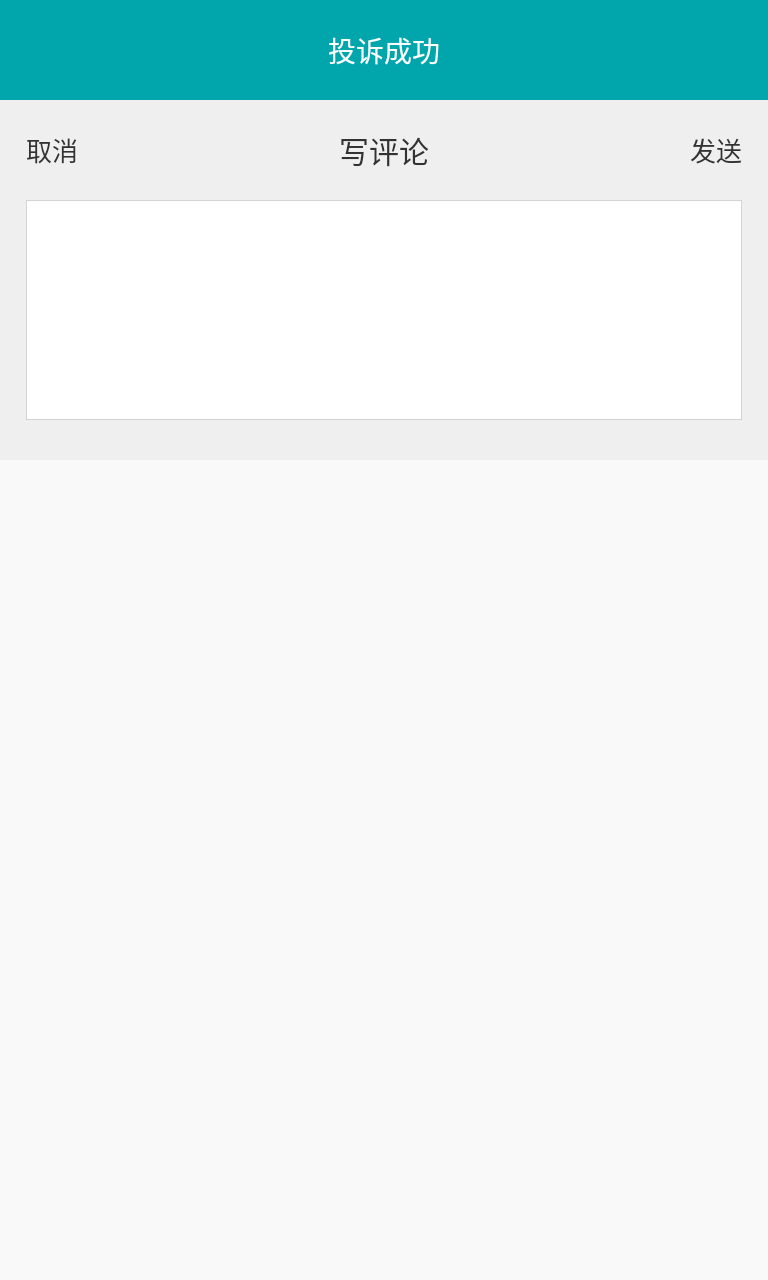
Repository: 2015-Forever/JWD
Layout: Jwd/res/layout/activity_complaint.xml
An editor plug-in stored every save of this project. The layout is shown before and after the next save, followed by the edit.
It is drawn on a 768 x 1280 px phone screen (xhdpi) without system bars, with theme AppTheme; the app's code is not run.

Above is the layout before, as saved 2015-07-16 08:09:22.

### Jwd/res/layout/activity_complaint.xml
<?xml version="1.0" encoding="utf-8"?>
<LinearLayout xmlns:android="http://schemas.android.com/apk/res/android"
    android:layout_width="match_parent"
    android:layout_height="match_parent"
    android:background="#F9F9F9"
    android:orientation="vertical" >

    <LinearLayout
        android:layout_width="match_parent"
        android:layout_height="50dp"
        android:background="#00a6ac"
        android:gravity="center" >

        <TextView
            android:layout_width="wrap_content"
            android:layout_height="wrap_content"
            android:text="投诉成功"
            android:textColor="#ffffff" />
    </LinearLayout>

    <LinearLayout
        android:layout_width="match_parent"
        android:layout_height="180dp"
        android:background="#EFEFEF"
        android:orientation="vertical"
        android:paddingLeft="13dp"
        android:paddingRight="13dp" >

        <LinearLayout
            android:layout_width="match_parent"
            android:layout_height="50dp"
            android:gravity="center_vertical"
            android:orientation="horizontal" >

            <TextView
                android:layout_width="wrap_content"
                android:layout_height="wrap_content"
                android:clickable="true"
                android:text="取消"
                android:textSize="13sp" />

            <TextView
                android:layout_width="wrap_content"
                android:layout_height="wrap_content"
                android:layout_weight="1"
                android:gravity="center_horizontal"
                android:text="写评论"
                android:textSize="15sp" />

            <TextView
                android:layout_width="wrap_content"
                android:layout_height="wrap_content"
                android:clickable="true"
                android:text="发送"
                android:textSize="13sp" />
        </LinearLayout>

        <EditText
            android:layout_width="fill_parent"
            android:layout_height="110dp"
            android:background="@drawable/edittext_bg"
            android:enabled="true"
            android:gravity="top"
            android:inputType="textMultiLine"
            android:lineSpacingExtra="5dp"
            android:paddingLeft="5dp"
            android:paddingTop="5dp"
            android:scrollbars="vertical"
            android:textSize="14sp" >
        </EditText>
    </LinearLayout>

</LinearLayout>

### Jwd/res/drawable/edittext_bg.xml
<?xml version="1.0" encoding="utf-8"?>
<selector xmlns:android="http://schemas.android.com/apk/res/android" >

    <item >
        <shape >
            <solid android:color="#FFFFFF"/>
            <stroke android:width="0.5dip" android:color="#D3D3D3"/>
        </shape>
    </item>

</selector>

Loaded but not shown: Jwd/res/values/styles.xml (common file); Jwd/res/values-v11/styles.xml (common file); Jwd/res/values-v14/styles.xml (common file)

After the next save:
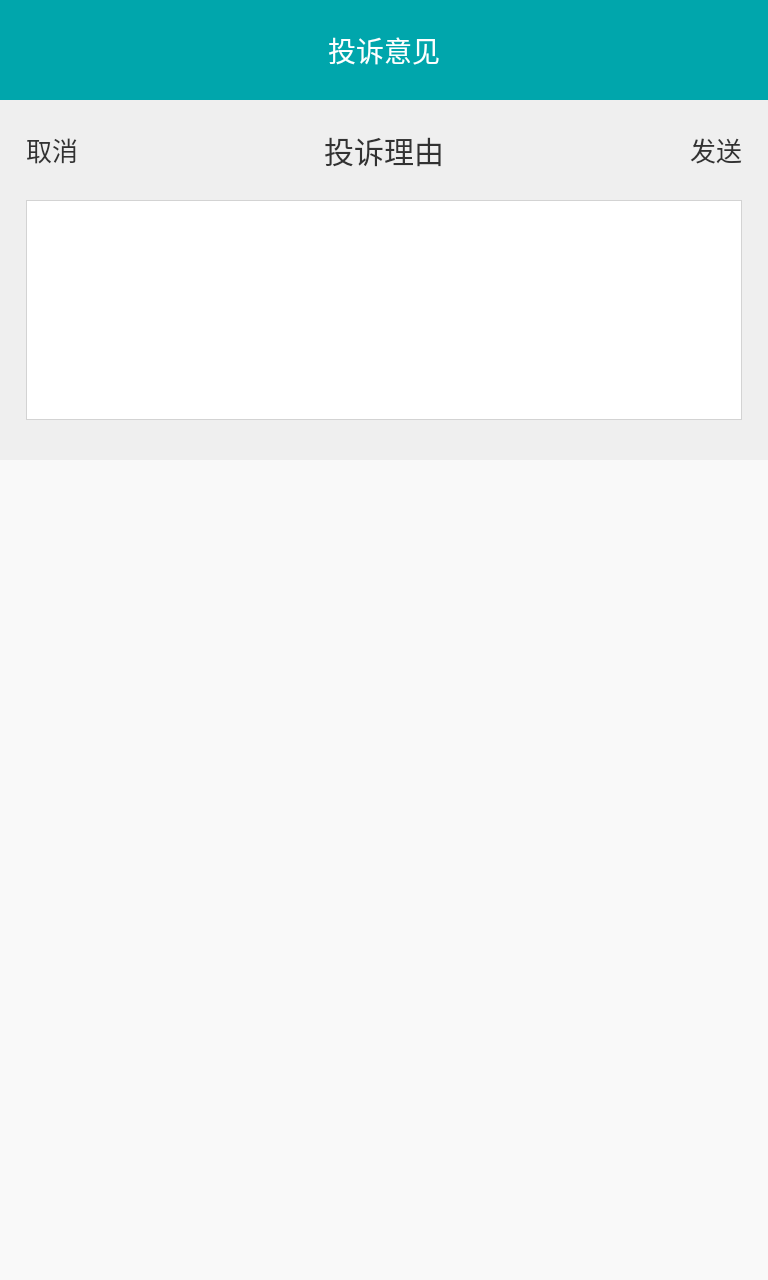
Saved 2 min 6 s later.
--- a/Jwd/res/layout/activity_complaint.xml
+++ b/Jwd/res/layout/activity_complaint.xml
@@ -14,7 +14,7 @@
         <TextView
             android:layout_width="wrap_content"
             android:layout_height="wrap_content"
-            android:text="投诉成功"
+            android:text="投诉意见"
             android:textColor="#ffffff" />
     </LinearLayout>
 
@@ -44,7 +44,7 @@
                 android:layout_height="wrap_content"
                 android:layout_weight="1"
                 android:gravity="center_horizontal"
-                android:text="写评论"
+                android:text="投诉理由"
                 android:textSize="15sp" />
 
             <TextView
